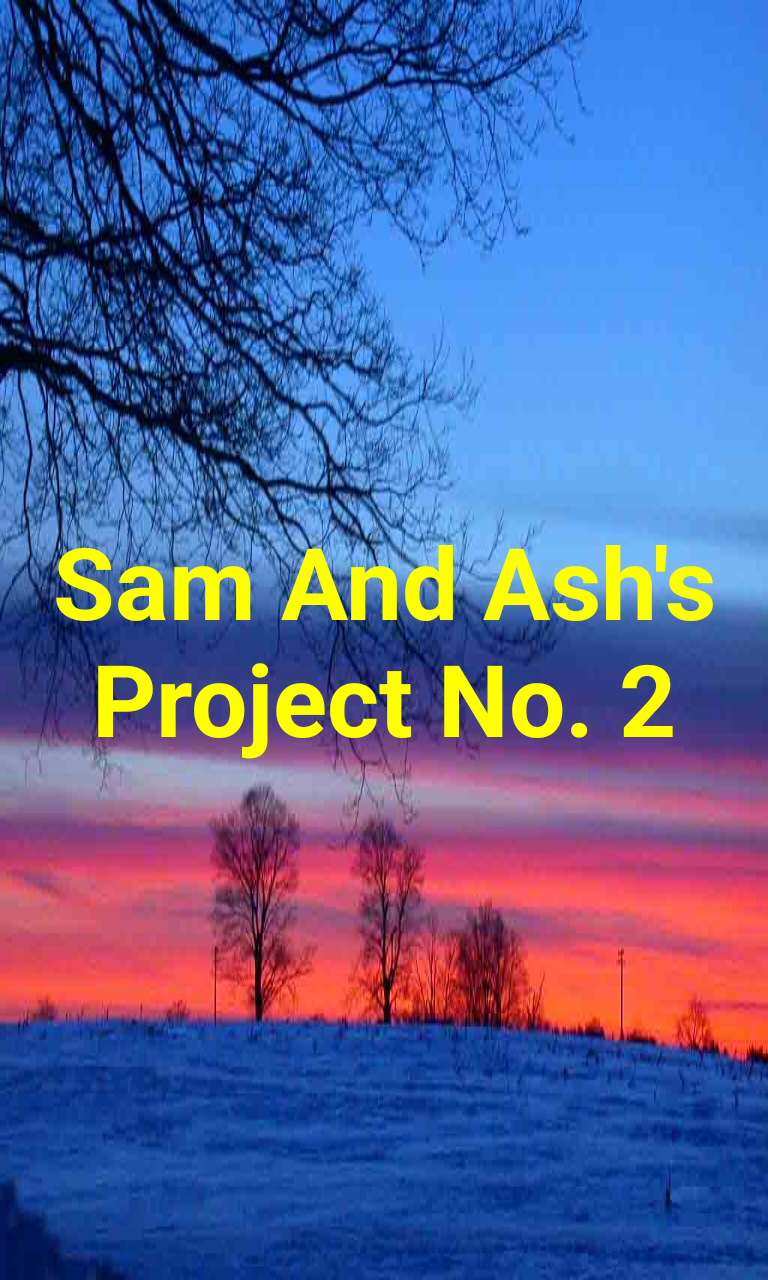
Repository: AshleyDeng/AndroidAppDevelopment
Layout: Samiul_Ashley_Android/Android Workspace/SamAndAshProject2_Converter/res/layout/initial_screen.xml
An editor plug-in stored every save of this project. The layout is shown before and after the next save, followed by the edit.
It is drawn on a 768 x 1280 px phone screen (xhdpi) without system bars, with theme AppTheme; the app's code is not run.

Above is the layout before, as saved 2013-01-18 01:18:51.

After the next save:
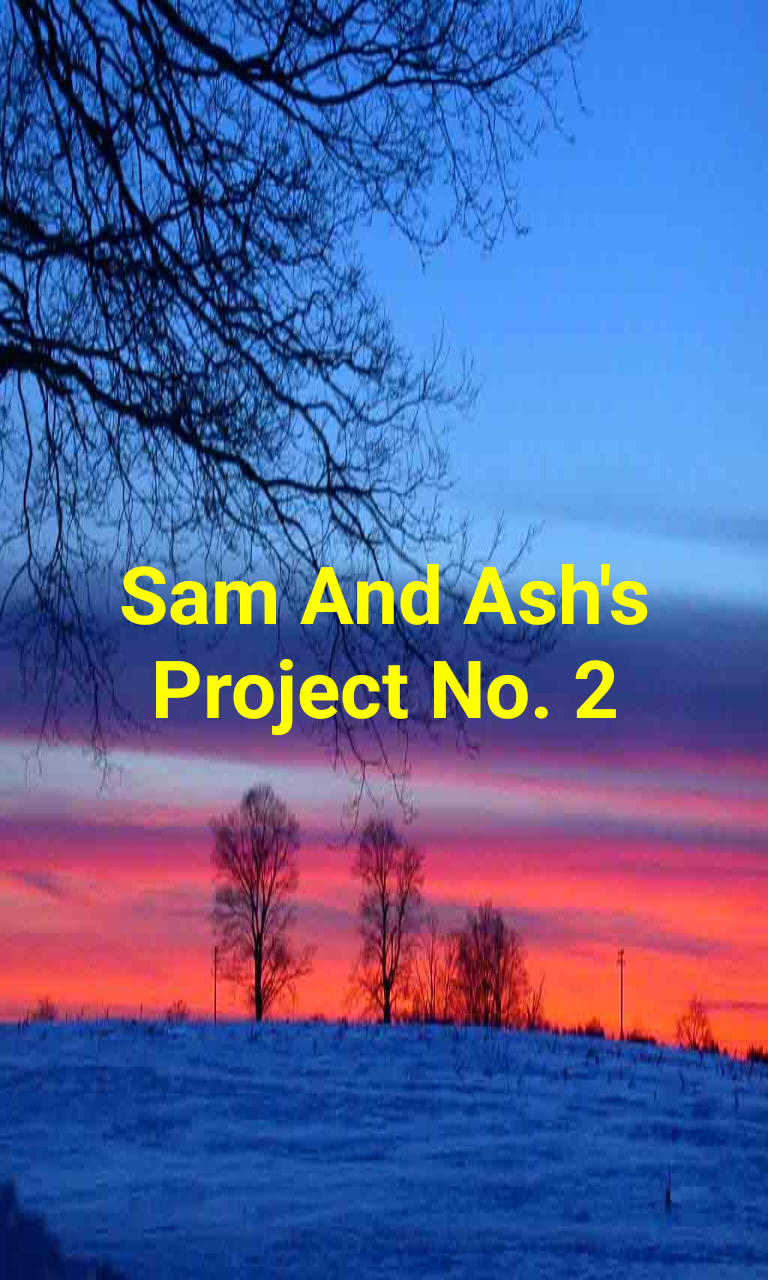
Saved 23 min 49 s later.
--- a/Samiul_Ashley_Android/Android Workspace/SamAndAshProject2_Converter/res/layout/initial_screen.xml
+++ b/Samiul_Ashley_Android/Android Workspace/SamAndAshProject2_Converter/res/layout/initial_screen.xml
@@ -12,7 +12,7 @@
         android:layout_centerVertical="true"
         android:gravity="center"
         android:text="Sam And Ash&apos;s Project No. 2"
-        android:textSize="50sp"
+        android:textSize="40sp"
         android:textStyle="bold"
         android:textColor="#FFFF00" />
 
